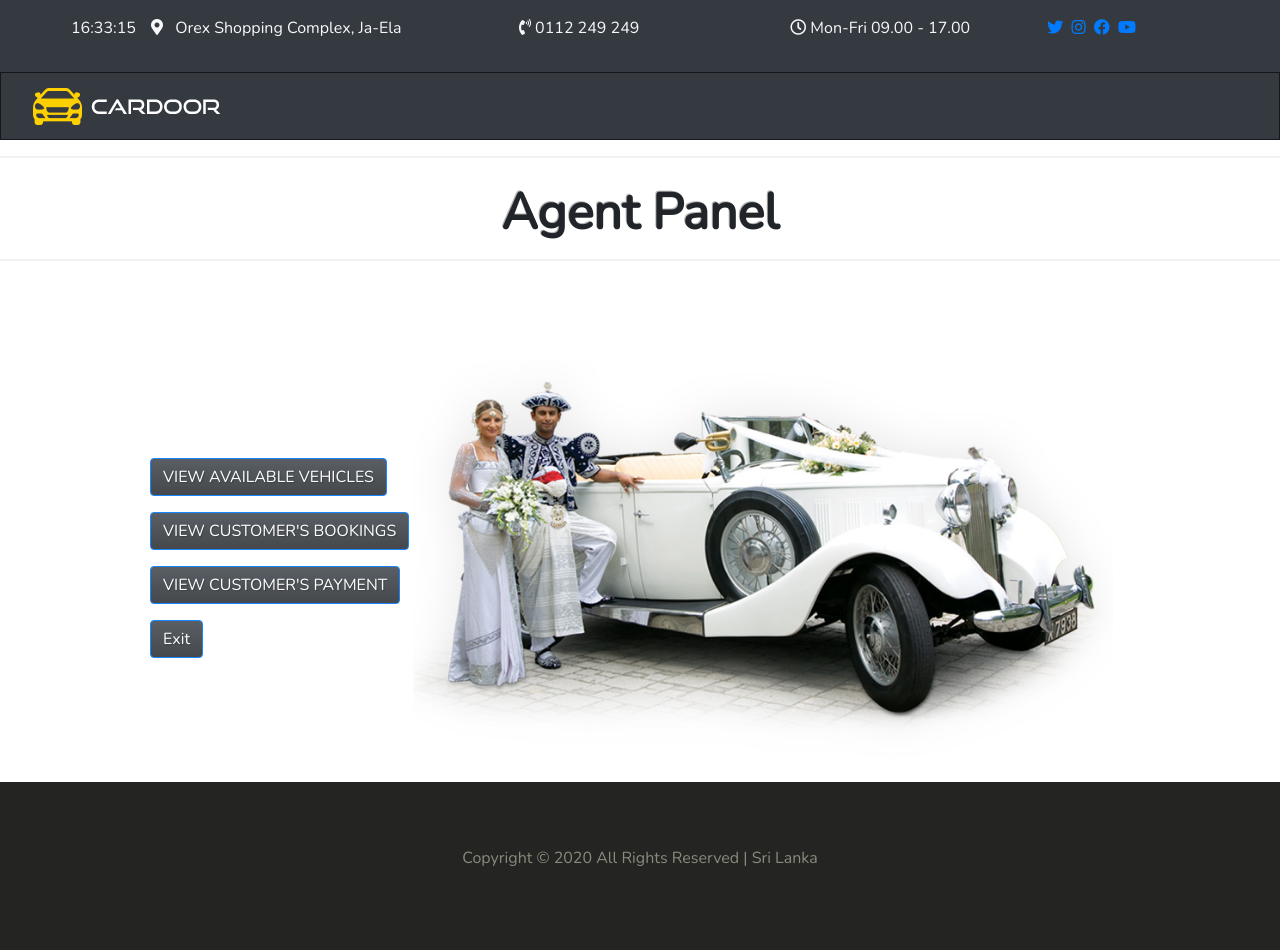
Repository: NipunLakshan99/Cardoor
Page: http://localhost/RentCar/agentHome.jsp
The author's editor kept a copy of each file at every save. The page is drawn from the files as they stood at one save, then again after the next save.
The browser window is 1280 px wide. The pictures show the whole page.
Some web libraries are served in a nearby version. The page is served by Tomcat 9.

Above is the page before, as saved 2020-05-15 09:31:18.

After the next save:
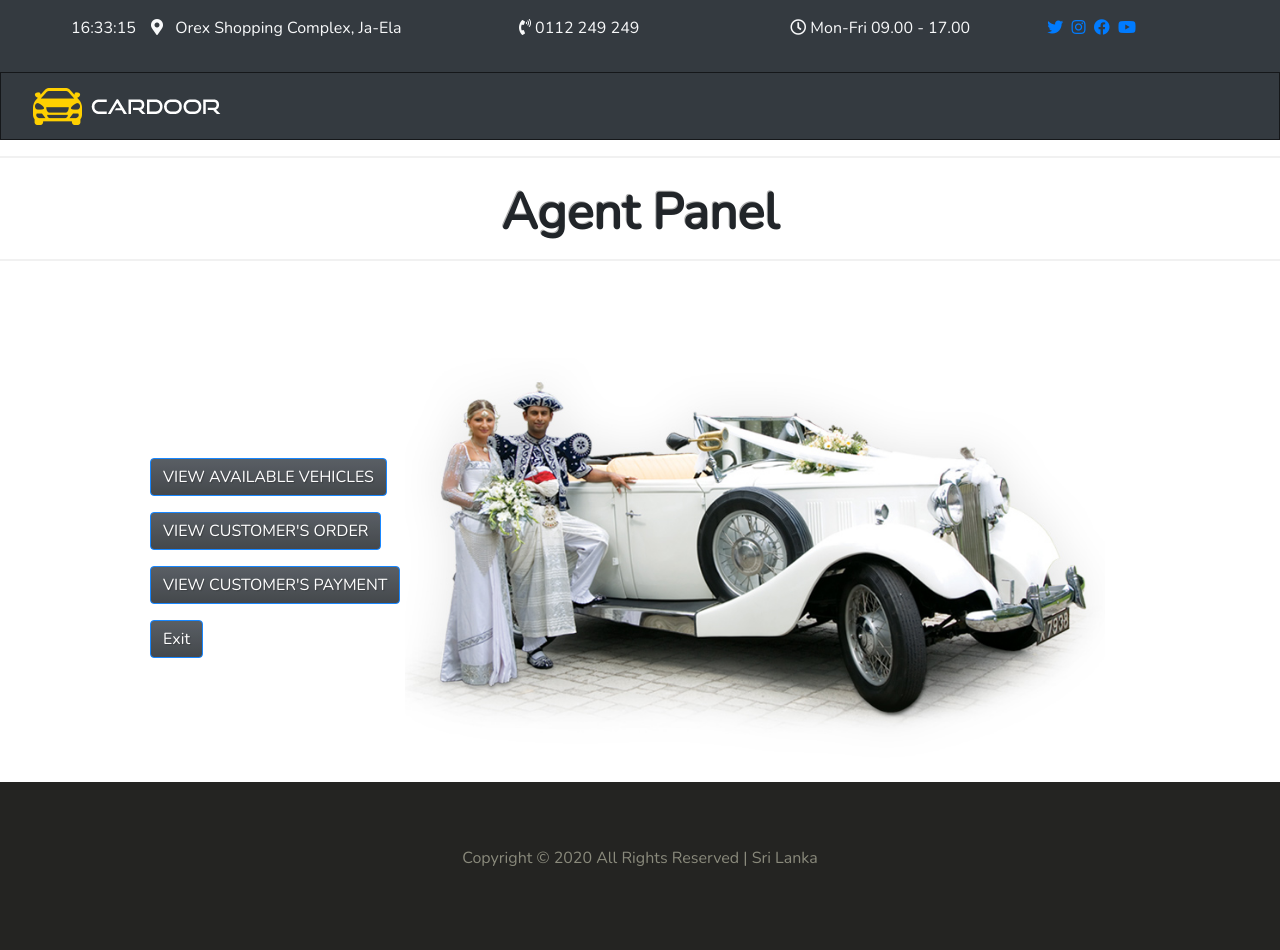
Saved 70 s later.
--- a/RentCar/WebContent/agentHome.jsp
+++ b/RentCar/WebContent/agentHome.jsp
@@ -108,7 +108,7 @@
 
 	 <div class="btn-group-vertical" data-toggle="buttons">
 	 	<a href="viewvehicles.jsp"><button type="button" class="btn btn-primary">VIEW AVAILABLE VEHICLES</button></a>
- 		 <a href="viewbookings.jsp"><button type="button" class="btn btn-primary">VIEW CUSTOMER'S BOOKINGS</button></a>
+ 		 <a href="viewbookings.jsp"><button type="button" class="btn btn-primary">VIEW CUSTOMER'S ORDER</button></a>
   		 <a href="payment-list.jsp"><button type="button" class="btn btn-primary">VIEW CUSTOMER'S PAYMENT</button></a>
  		 <a href="Home.jsp"><button type="button" class="btn btn-primary">Exit</button></a>
 
